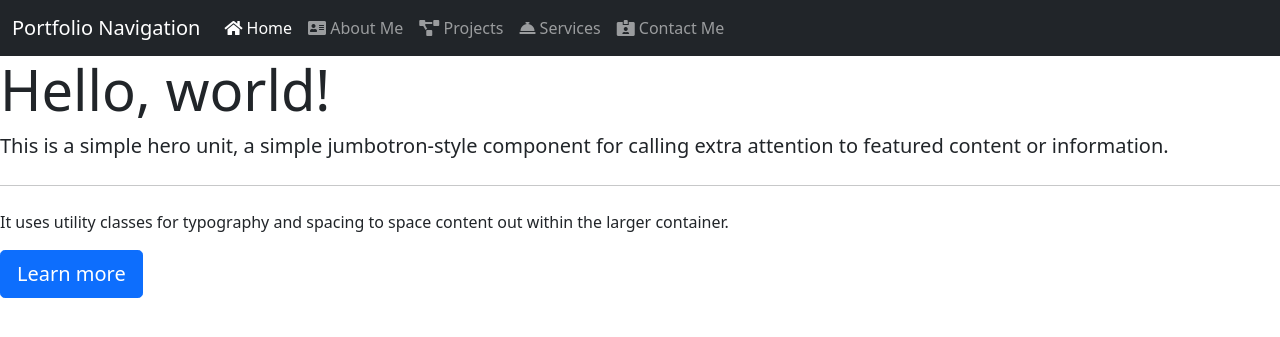
Repository: GarlicButterBoy/Portfolio
Page: index.html
The author's editor kept a copy of each file at every save. The page is drawn from the files as they stood at one save, then again after the next save.
The browser window is 1280 px wide. The pictures show the whole page.

Above is the page before, as saved 2021-05-31 11:43:17.

### index.html
<!DOCTYPE html>
<html lang="en">
<head>
    <meta charset="UTF-8">
    <meta http-equiv="X-UA-Compatible" content="IE=edge">
    <meta name="viewport" content="width=device-width, initial-scale=1.0">
    <title>Nick Sturch-Flint Portfolio</title>
    <link rel="stylesheet" href="./node_modules/bootstrap/dist/css/bootstrap.min.css">
    <link rel="stylesheet" href="./node_modules/@fortawesome/fontawesome-free/css/all.min.css">
    <link rel="stylesheet" href="./Content/app.css">
</head>
<body>
  <!-- Main Navigation -->
    <nav class="navbar navbar-expand-lg navbar-dark bg-dark">
        <div class="container-fluid">
          <a class="navbar-brand" href="#">Portfolio Navigation</a>
          <button class="navbar-toggler" type="button" data-bs-toggle="collapse" data-bs-target="#navbarNavAltMarkup" aria-controls="navbarNavAltMarkup" aria-expanded="false" aria-label="Toggle navigation">
            <span class="navbar-toggler-icon"></span>
          </button>
          <div class="collapse navbar-collapse" id="navbarNavAltMarkup">
            <div class="navbar-nav mr-auto">
              <a class="nav-link active" aria-current="page" href="#"><i class="fas fa-home"></i> Home</a>
              <a class="nav-link" href="#"><i class="fas fa-address-card"></i> About Me</a>
              <a class="nav-link" href="#"><i class="fas fa-project-diagram"></i> Projects</a>
              <a class="nav-link" href="#"><i class="fas fa-concierge-bell"></i> Services</a>
              <a class="nav-link" href="#"><i class="fas fa-id-card-alt"></i> Contact Me</a>
            </div>
          </div>
        </div>
      </nav>
      <!-- End of Main Navigation -->

      <main class="jumbotron">
        <h1 class="display-4">Hello, world!</h1>
        <p class="lead">This is a simple hero unit, a simple jumbotron-style component for calling extra attention to featured content or information.</p>
        <hr class="my-4">
        <p>It uses utility classes for typography and spacing to space content out within the larger container.</p>
        <p class="lead">
          <a class="btn btn-primary btn-lg" href="#" role="button">Learn more</a>
        </p>
      </main>

      <!-- Third Party Libraries -->
      <script src="./node_modules/jquery/dist/jquery.min.js"></script>
      <script src="./node_modules/bootstrap/dist/js/bootstrap.min.js"></script>
    <script src="./Scripts/app.js"></script>
</body>
</html>

### Scripts/app.js
//IIFE - Immediately Invoked Function Expression
// OR - Anonymous Self Executing Function
(function()
{
    function Start()
    {
        console.log("App Started");
    }

    window.addEventListener("load", Start);
})();

Loaded but not shown: node_modules/bootstrap/dist/css/bootstrap.min.css (library); node_modules/@fortawesome/fontawesome-free/css/all.min.css (library); Content/app.css (common file); node_modules/jquery/dist/jquery.min.js (library); node_modules/bootstrap/dist/js/bootstrap.min.js (library)

After the next save:
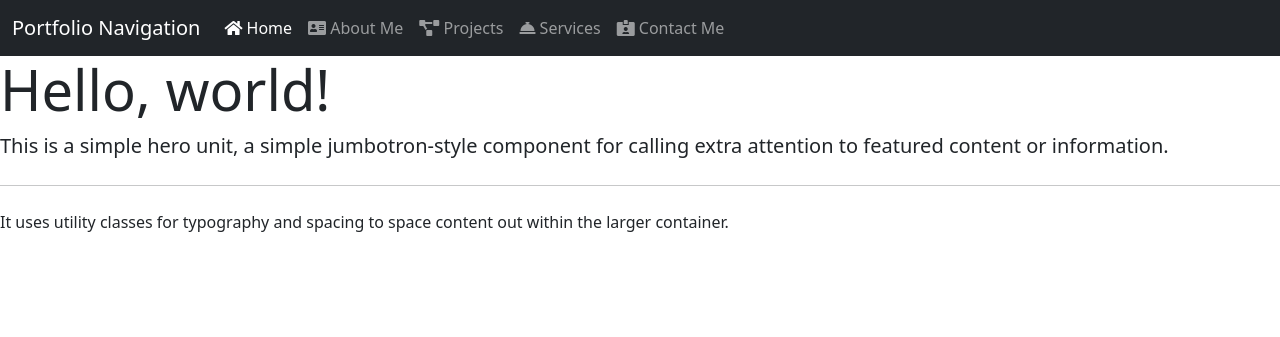
Saved 25 s later.
--- a/index.html
+++ b/index.html
@@ -35,9 +35,6 @@
         <p class="lead">This is a simple hero unit, a simple jumbotron-style component for calling extra attention to featured content or information.</p>
         <hr class="my-4">
         <p>It uses utility classes for typography and spacing to space content out within the larger container.</p>
-        <p class="lead">
-          <a class="btn btn-primary btn-lg" href="#" role="button">Learn more</a>
-        </p>
       </main>
 
       <!-- Third Party Libraries -->
